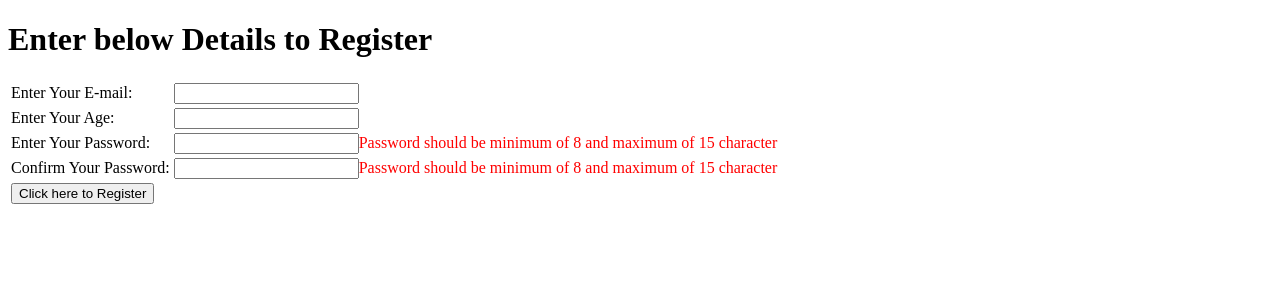
Repository: royalnavghans/JavaFullStackGit
Page: http://localhost/SpringAss2/WEB-INF/Register.jsp
The author's editor kept a copy of each file at every save. The page is drawn from the files as they stood at one save, then again after the next save.
The browser window is 1280 px wide. The pictures show the whole page.
The page is served by Tomcat 9. Nobody is signed in. Other server files are loaded and not shown. The template is opened directly, without the code that normally fills it, so the values that code supplies are empty.

Above is the page before, as saved 2022-12-04 10:47:22.

### RoyalSpringProjects/RoyalSpringProjects/SpringAss2/src/main/webapp/WEB-INF/Register.jsp
<%@ page language="java" contentType="text/html; charset=ISO-8859-1"
	pageEncoding="ISO-8859-1"%>
<%@ taglib prefix="form" uri="http://www.springframework.org/tags/form"%>
<!DOCTYPE html>
<html>
<head>
<meta charset="ISO-8859-1">
<title>Insert title here</title>
</head>
<style type="text/css">
.error {
	color: red

}
.red{
color:red;}
</style>
<body>
	<h1>Enter below Details to Register</h1>
	<table>
		<tbody>
			<form:form action="validate" modelAttribute="cust">
				<tr>
					<td><form:label path="Email">Enter Your E-mail:</form:label></td>

					<td><form:input path="Email" /></td>
				</tr>
				<form:errors path="Email" cssClass="error" />
				<tr>
					<td><form:label path="Age">Enter Your Age:</form:label></td>

					<td><form:input path="Age" /></td>
				</tr>
				<form:errors path="Age" cssClass="error" />
				<tr>
					<td><form:label path="Password">Enter Your Password:</form:label></td>

					<td><form:input path="Password" /><span class="red">Password should be minimum of 8 and maximum of 15 character</span></td>
				</tr>
				<form:errors path="Password" cssClass="error" />
				<tr>
					<td><form:label path="ConfrmPassword">Confirm Your Password: </form:label></td>

					<td><form:input path="ConfrmPassword" /><span class="red">Password should be minimum of 8 and maximum of 15 character</span></td>
				</tr>
				<form:errors path="ConfrmPassword" cssClass="error" />
				<tr>
					<td><input type="submit" value="Click here to Register"></td>
				</tr>
			</form:form>
		</tbody>
	</table>
</body>
</html>

After the next save:
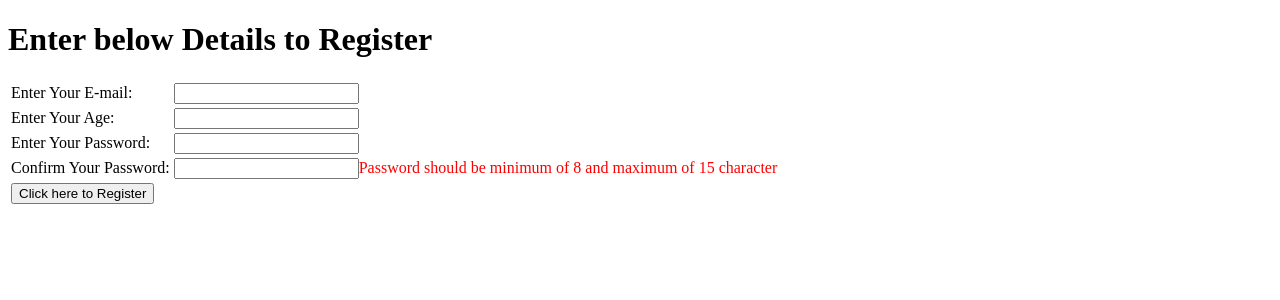
Saved 48 s later.
--- a/RoyalSpringProjects/RoyalSpringProjects/SpringAss2/src/main/webapp/WEB-INF/Register.jsp
+++ b/RoyalSpringProjects/RoyalSpringProjects/SpringAss2/src/main/webapp/WEB-INF/Register.jsp
@@ -35,7 +35,7 @@ color:red;}
 				<tr>
 					<td><form:label path="Password">Enter Your Password:</form:label></td>
 
-					<td><form:input path="Password" /><span class="red">Password should be minimum of 8 and maximum of 15 character</span></td>
+					<td><form:input path="Password" /></td>
 				</tr>
 				<form:errors path="Password" cssClass="error" />
 				<tr>
